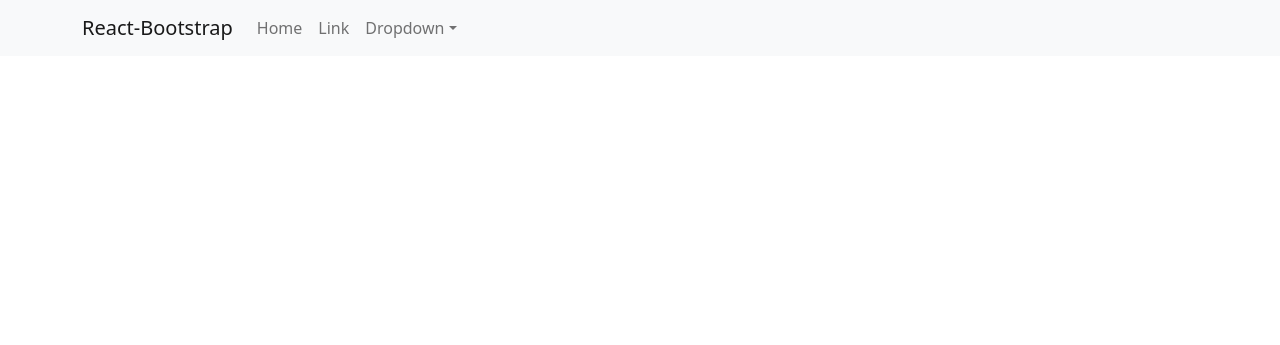
Repository: nnbxxx/-Redux-Ultimate---Redux
Page: /
These files come from the project's save history. The page is drawn as it stood at one moment and after the next save; the edit follows.
The browser window is 1280 px wide. The pictures show the whole page.
The page's requests for data from a server got no answer. The project was rebuilt for these pictures with package versions that can differ from the ones it lists, and the page was loaded fresh each time. No one was signed in, and anything a server would have sent is missing.

Above is the page before, as saved 2023-04-22 08:12:24.

### src/index.js
import React from "react";
import ReactDOM from "react-dom";
import "./index.css";
import App from "./App";
import reportWebVitals from "./reportWebVitals";
import { Provider } from "react-redux";
import store from "./redux/store";
import "bootstrap/dist/css/bootstrap.min.css";
ReactDOM.render(
  <Provider store={store}>
    <React.StrictMode>
      <App />
    </React.StrictMode>
  </Provider>,
  document.getElementById("root")
);

// If you want to start measuring performance in your app, pass a function
// to log results (for example: reportWebVitals(console.log))
// or send to an analytics endpoint. Learn more: https://bit.ly/CRA-vitals
reportWebVitals();

### src/App.js
import logo from "./logo.svg";
// import "./App.css";
import { increaseCounter, decreaseCounter } from "./action/actions.js";
import { connect, useDispatch, useSelector } from "react-redux";
import axios from "axios";
import { useEffect } from "react";
import Home from "./components/Home";
function App(props) {
  const dispatch = useDispatch();
  const count = useSelector((state) => {
    return state.counter.count;
  });
  const fetchAllUser = async () => {
    const re = await axios.get("http://localhost:8080/users/all");
    const data = re && re.data ? re.data : [];
  };
  useEffect(() => {
    fetchAllUser();
  }, []);
  return (
    <div className='App'>
      {/* <header className='App-header'>
        <img src={logo} className='App-logo' alt='logo' />
        <h1>Hello world with React and Hoi Dan IT!</h1>
        <div>Count: {count}</div>

        <button onClick={() => dispatch(increaseCounter())}>
          Increase Count
        </button>

        <button onClick={() => dispatch(decreaseCounter())}>
          Decrease Count
        </button>
      </header> */}
      <Home />
    </div>
  );
}
// const mapStateToProps = (state) => {
//   return {
//     count: state.counter.count,
//   };
// };

// const mapDispatchToProps = (dispatch) => {
//   return {
//     increaseCounter: () => dispatch(increaseCounter()),

//     decreaseCounter: () => dispatch(decreaseCounter()),
//   };
// };

// export default connect(mapStateToProps, mapDispatchToProps)(App);
export default App;

### src/redux/store.js
import { createStore } from "redux";

import rootReducer from "../reducer/rootReducer.js";
import { composeWithDevTools } from "redux-devtools-extension";
const store = createStore(rootReducer, composeWithDevTools());

export default store;

### src/action/actions.js
import { INCREMENT, DECREMENT } from "./types.js";

export const increaseCounter = () => {
  return {
    type: INCREMENT,
  };
};

export const decreaseCounter = () => {
  return {
    type: DECREMENT,
  };
};

### src/components/Home.js
import FormAddNew from "./FormAddNew";
import Header from "./Header";
import TableUser from "./TableUser";

const Home = (props) => {
  return (
    <>
      <Header />
      <FormAddNew />
      <TableUser />
    </>
  );
};
export default Home;

### src/reducer/rootReducer.js
import { combineReducers } from "redux";

import counterReducer from "./counterReducer.js";

const rootReducer = combineReducers({
  counter: counterReducer,
});

export default rootReducer;

### src/action/types.js
export const INCREMENT = "INCREMENT";

export const DECREMENT = "DECREMENT";

### src/components/FormAddNew.js
import Container from "react-bootstrap/Container";
import Button from "react-bootstrap/Button";
import Form from "react-bootstrap/Form";

const FormAddNew = (props) => {
  return (
    <>
      <Container></Container>
    </>
  );
};
export default FormAddNew;

### src/components/Header.js
import Container from "react-bootstrap/Container";
import Nav from "react-bootstrap/Nav";
import Navbar from "react-bootstrap/Navbar";
import NavDropdown from "react-bootstrap/NavDropdown";
const Header = () => {
  return (
    <>
      <Navbar bg='light' expand='lg'>
        <Container>
          <Navbar.Brand href='#home'>React-Bootstrap</Navbar.Brand>
          <Navbar.Toggle aria-controls='basic-navbar-nav' />
          <Navbar.Collapse id='basic-navbar-nav'>
            <Nav className='me-auto'>
              <Nav.Link href='#home'>Home</Nav.Link>
              <Nav.Link href='#link'>Link</Nav.Link>
              <NavDropdown title='Dropdown' id='basic-nav-dropdown'>
                <NavDropdown.Item href='#action/3.1'>Action</NavDropdown.Item>
                <NavDropdown.Item href='#action/3.2'>
                  Another action
                </NavDropdown.Item>
                <NavDropdown.Item href='#action/3.3'>
                  Something
                </NavDropdown.Item>
                <NavDropdown.Divider />
                <NavDropdown.Item href='#action/3.4'>
                  Separated link
                </NavDropdown.Item>
              </NavDropdown>
            </Nav>
          </Navbar.Collapse>
        </Container>
      </Navbar>
    </>
  );
};
export default Header;

### src/components/TableUser.js
const TableUser = (props) => {
  return <></>;
};
export default TableUser;

### src/reducer/counterReducer.js
import { INCREMENT, DECREMENT } from "../action/types.js";

const INITIAL_STATE = {
  count: 0,
};

const reducer = (state = INITIAL_STATE, action) => {
  switch (action.type) {
    case INCREMENT:
      return {
        ...state,
        count: state.count + 1,
      };

    case DECREMENT:
      return {
        ...state,
        count: state.count - 1,
      };

    default:
      return state;
  }
};

export default reducer;

Loaded but not shown: public/index.html (common file); src/index.css (common file); src/reportWebVitals.js (common file)

After the next save:
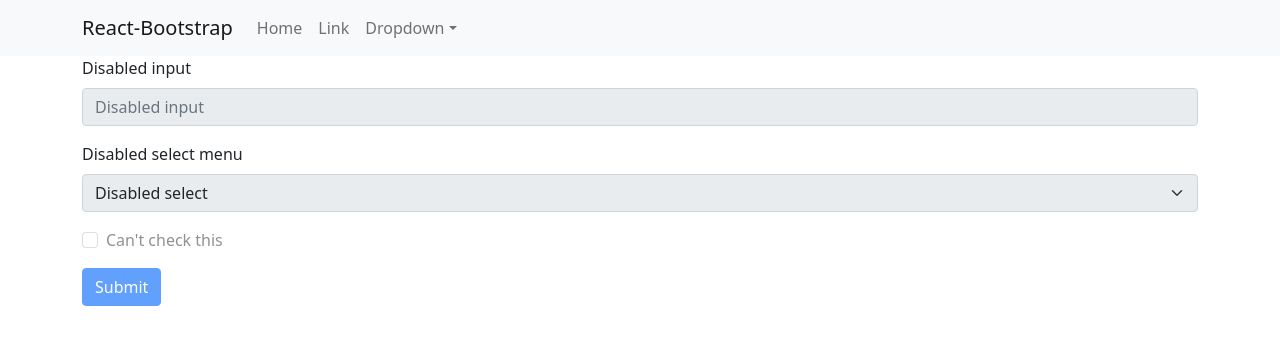
Saved 8 s later.
--- a/src/components/FormAddNew.js
+++ b/src/components/FormAddNew.js
@@ -5,7 +5,37 @@ import Form from "react-bootstrap/Form";
 const FormAddNew = (props) => {
   return (
     <>
-      <Container></Container>
+      <Container>
+        <Form>
+          <fieldset disabled>
+            <Form.Group className='mb-3'>
+              <Form.Label htmlFor='disabledTextInput'>
+                Disabled input
+              </Form.Label>
+              <Form.Control
+                id='disabledTextInput'
+                placeholder='Disabled input'
+              />
+            </Form.Group>
+            <Form.Group className='mb-3'>
+              <Form.Label htmlFor='disabledSelect'>
+                Disabled select menu
+              </Form.Label>
+              <Form.Select id='disabledSelect'>
+                <option>Disabled select</option>
+              </Form.Select>
+            </Form.Group>
+            <Form.Group className='mb-3'>
+              <Form.Check
+                type='checkbox'
+                id='disabledFieldsetCheck'
+                label="Can't check this"
+              />
+            </Form.Group>
+            <Button type='submit'>Submit</Button>
+          </fieldset>
+        </Form>
+      </Container>
     </>
   );
 };
